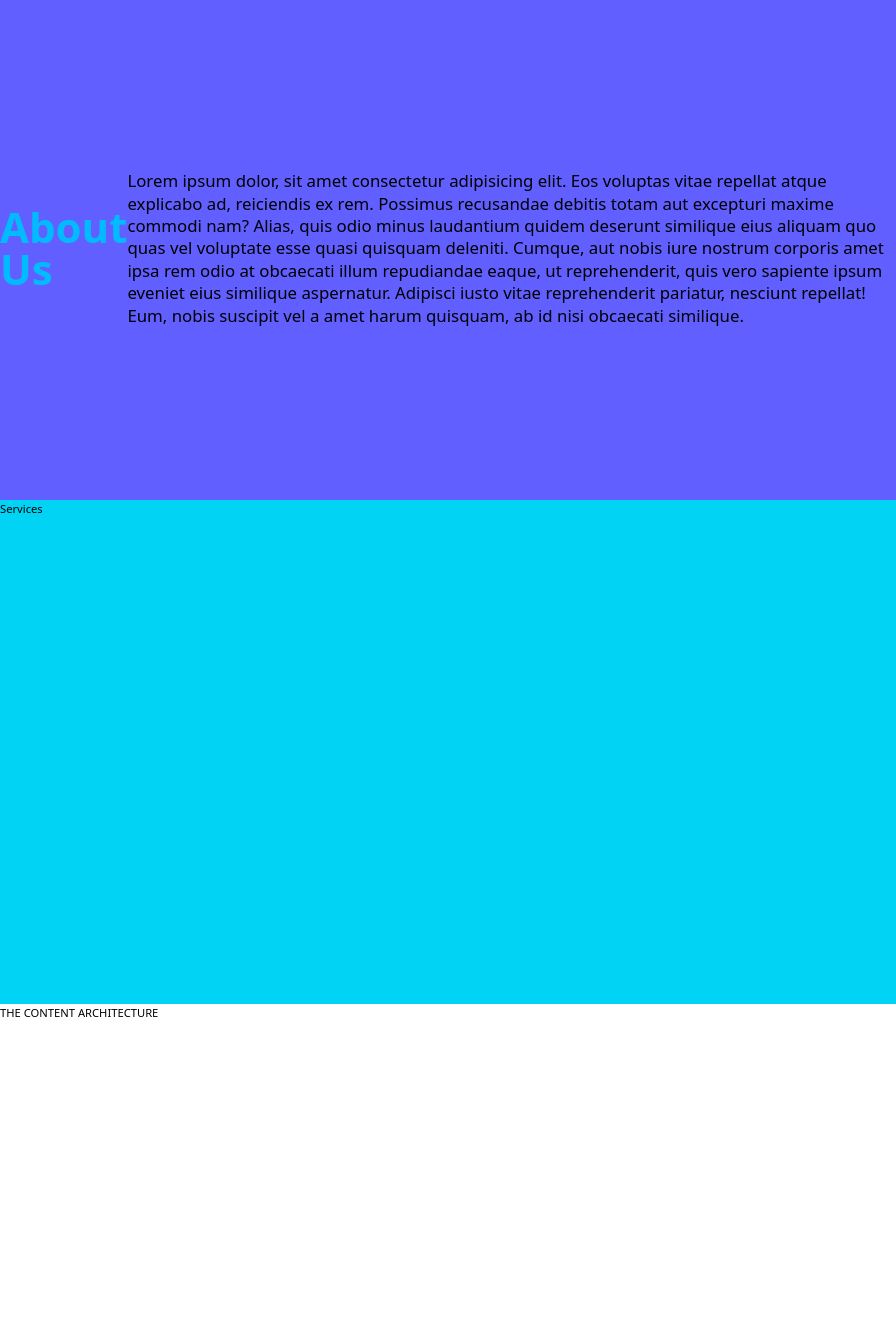
Repository: ajay-maurya-dev/Login
Page: /
An editor plug-in stored every save of this project. The page is shown before and after the next save, followed by the edit.
The browser window is 1280 px wide. The pictures show the part of the page from y = 725 to 2625 px (the page is 2880 px tall), at 70% of full size.
Backgrounds fixed to the window are drawn as part of the page. The project was rebuilt for these pictures with package versions that can differ from the ones it lists, and the page was loaded fresh each time. Also part of the build but not shown: vite.config.js.

Above is the page before, as saved 2026-10-24 23:39:07.

After the next save:
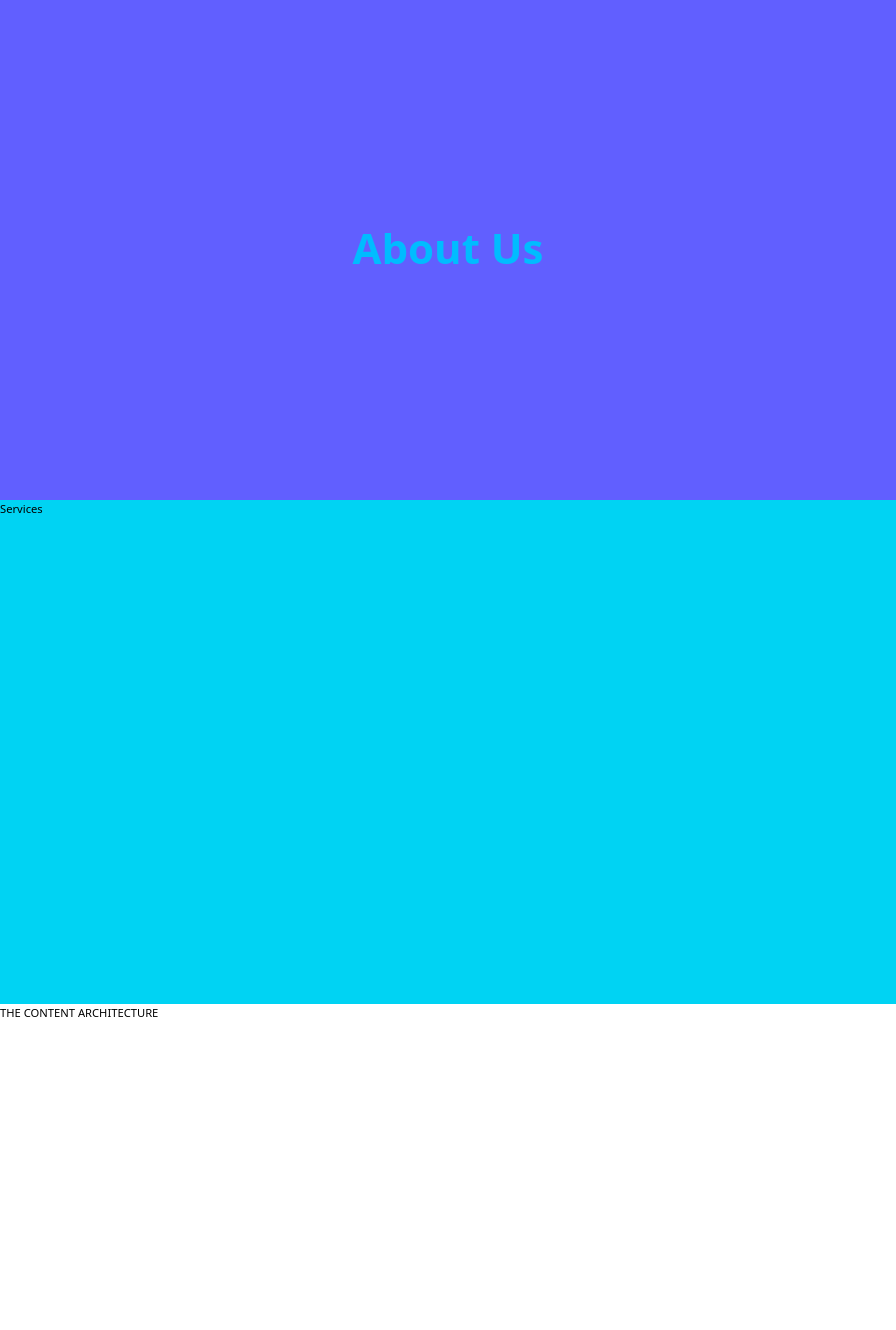
Saved 5 s later.
--- a/src/components/About.jsx
+++ b/src/components/About.jsx
@@ -7,7 +7,6 @@
         <div>
 
         </div>
-        <p className="">Lorem ipsum dolor, sit amet consectetur adipisicing elit. Eos voluptas vitae repellat atque explicabo ad, reiciendis ex rem. Possimus recusandae debitis totam aut excepturi maxime commodi nam? Alias, quis odio minus laudantium quidem deserunt similique eius aliquam quo quas vel voluptate esse quasi quisquam deleniti. Cumque, aut nobis iure nostrum corporis amet ipsa rem odio at obcaecati illum repudiandae eaque, ut reprehenderit, quis vero sapiente ipsum eveniet eius similique aspernatur. Adipisci iusto vitae reprehenderit pariatur, nesciunt repellat! Eum, nobis suscipit vel a amet harum quisquam, ab id nisi obcaecati similique.</p>
     </div>
   )
 }

After the save that followed:
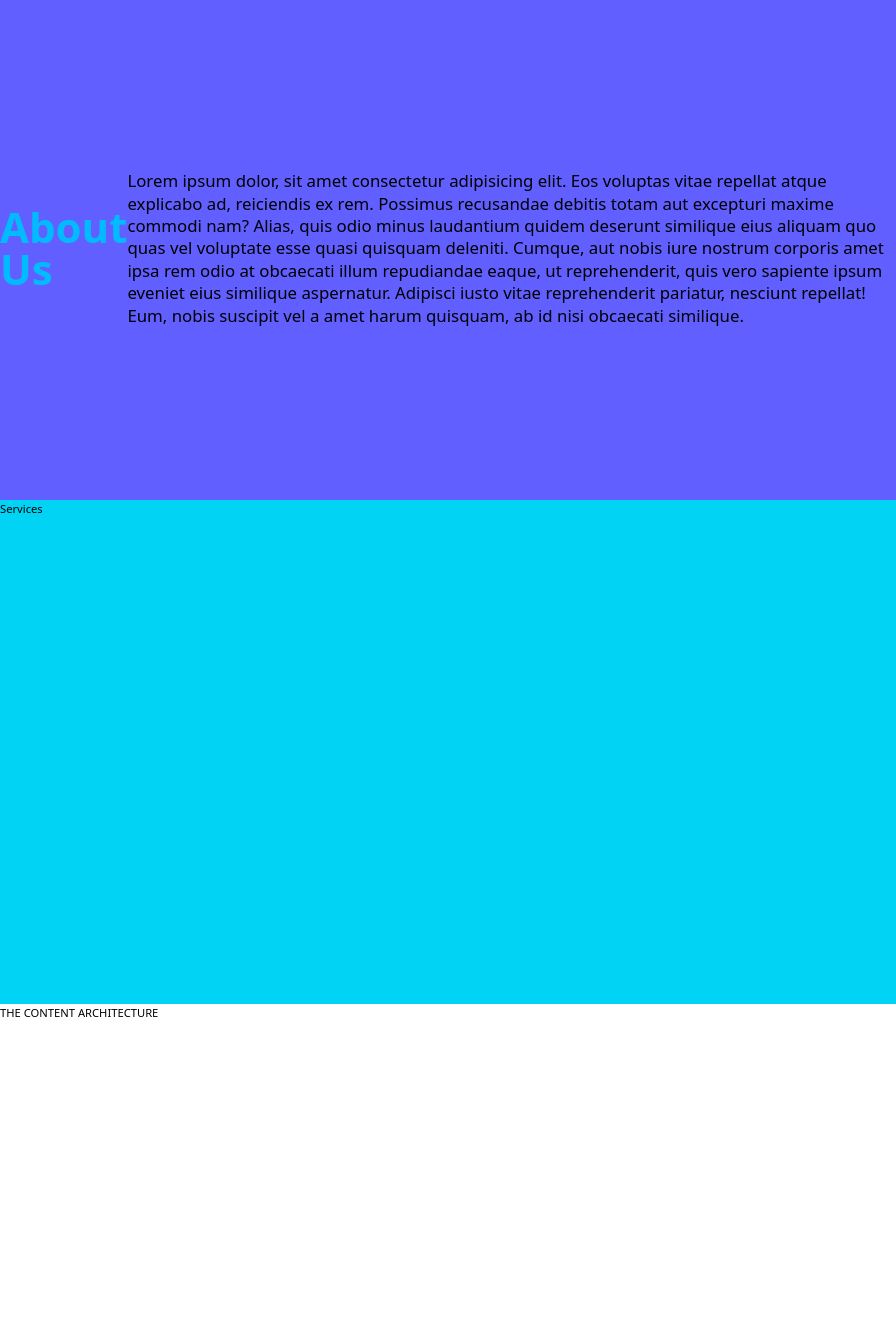
Saved 5 s later.
--- a/src/components/About.jsx
+++ b/src/components/About.jsx
@@ -5,7 +5,7 @@
     <div className="w-full min-h-screen bg-indigo-500 z-10 text-2xl dark:bg-black dark:text-white bg-fixed flex justify-center items-center">
         <h4 className="text-6xl font-extrabold text-sky-400">About Us</h4>
         <div>
-
+        <p className="">Lorem ipsum dolor, sit amet consectetur adipisicing elit. Eos voluptas vitae repellat atque explicabo ad, reiciendis ex rem. Possimus recusandae debitis totam aut excepturi maxime commodi nam? Alias, quis odio minus laudantium quidem deserunt similique eius aliquam quo quas vel voluptate esse quasi quisquam deleniti. Cumque, aut nobis iure nostrum corporis amet ipsa rem odio at obcaecati illum repudiandae eaque, ut reprehenderit, quis vero sapiente ipsum eveniet eius similique aspernatur. Adipisci iusto vitae reprehenderit pariatur, nesciunt repellat! Eum, nobis suscipit vel a amet harum quisquam, ab id nisi obcaecati similique.</p>
         </div>
     </div>
   )
